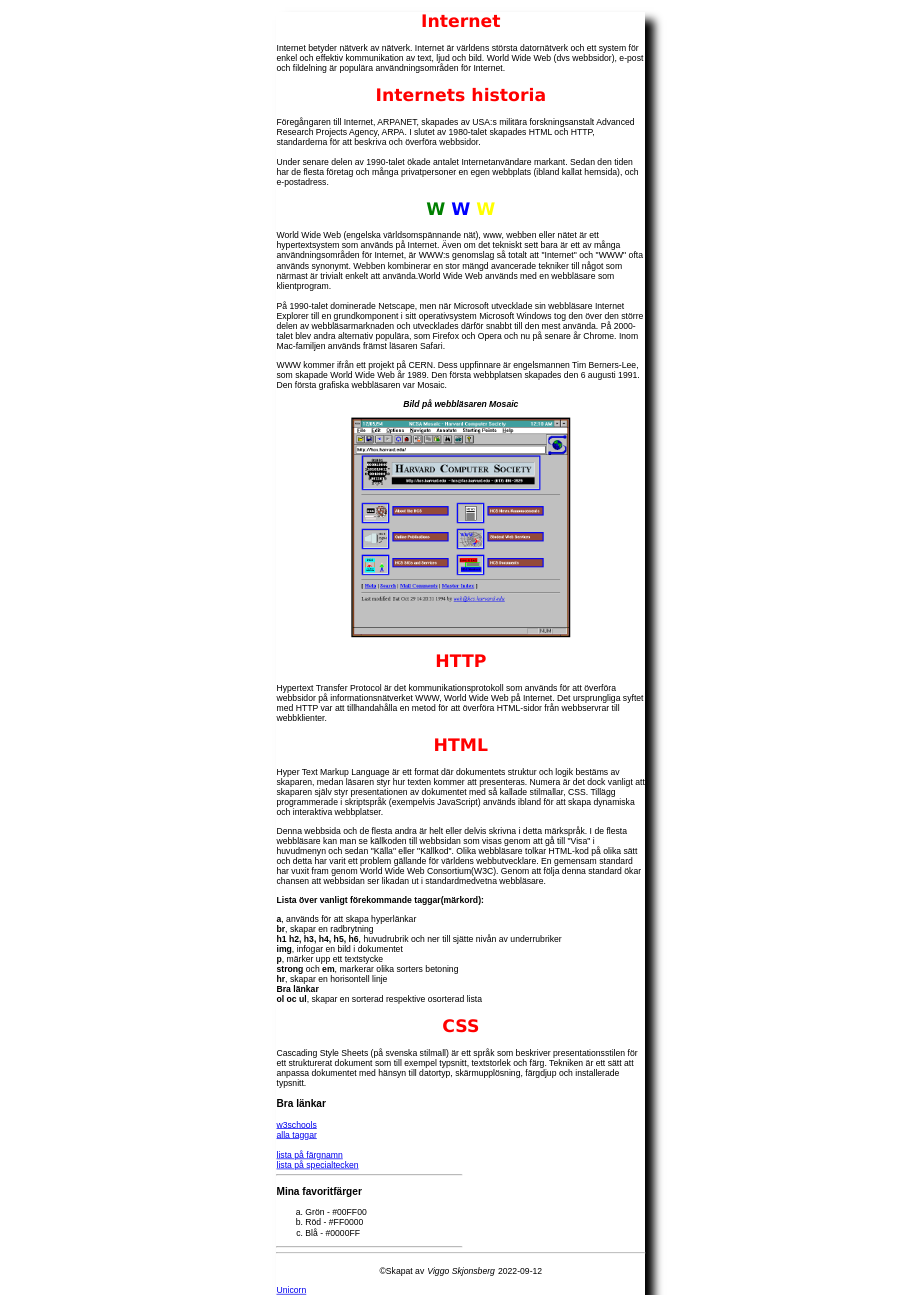
Repository: ViggoSkj/VGY
Page: ovningar/ovning2/ovning2.html
The author's editor kept a copy of each file at every save. The page is drawn from the files as they stood at one save, then again after the next save.
The browser window is 1280 px wide. The pictures show the whole page, at 72% of full size.

Above is the page before, as saved 2022-11-27 11:33:11.

### ovningar/ovning2/ovning2.html
<!DOCTYPE html>
<html lang="en">
    <head>
        <meta charset="UTF-8">
        <meta http-equiv="X-UA-Compatible" content="IE=edge">
        <meta name="viewport" content="width=device-width, initial-scale=1.0">
        <title>Övning 3</title>


        <link rel="stylesheet" href="public/css/style.css">
    </head>
    <body class="ovning-2">
        <div class="container">
            <h1>Internet</h1>
            <p>Internet betyder nätverk av nätverk. Internet är världens största datornätverk och ett system för enkel och effektiv kommunikation av text, ljud och bild. World Wide Web (dvs webbsidor), e-post och fildelning är populära användningsområden för Internet.</p>

            <h1>Internets historia</h1>
            <p>Föregångaren till Internet, ARPANET, skapades av USA:s militära forskningsanstalt Advanced Research Projects Agency, ARPA. I slutet av 1980-talet skapades HTML och HTTP, standarderna för att beskriva och överföra webbsidor.

                <br/>
                <br/>
                Under senare delen av 1990-talet ökade antalet Internetanvändare markant. Sedan den tiden har de flesta företag och många privatpersoner en egen webbplats (ibland kallat hemsida), och e-postadress.</p>
            <p></p>

            <h1><span class="green">W</span> <span class="blue">W</span> <span class="yellow">W</span></h1>
            <p>World Wide Web (engelska världsomspännande nät), www, webben eller nätet är ett hypertextsystem som används på Internet.
                Även om det tekniskt sett bara är ett av många användningsområden för Internet, är WWW:s genomslag så totalt att "Internet" och "WWW" ofta används synonymt. Webben kombinerar en stor mängd avancerade tekniker till något som närmast är trivialt enkelt att använda.World Wide Web används med en webbläsare som klientprogram.
                <br/>
                <br/>
                På 1990-talet dominerade Netscape, men när Microsoft utvecklade sin webbläsare Internet Explorer till en grundkomponent i sitt operativsystem Microsoft Windows tog den över den större delen av webbläsarmarknaden och utvecklades därför snabbt till den mest använda. På 2000-talet blev andra alternativ populära, som Firefox och Opera och nu på senare år Chrome.
                Inom Mac-familjen används främst läsaren Safari.</p>

            <p>WWW kommer ifrån ett projekt på CERN. Dess uppfinnare är engelsmannen Tim Berners-Lee, som skapade World Wide Web år 1989. Den första webbplatsen skapades den 6 augusti 1991. Den första grafiska webbläsaren var Mosaic.</p>

            <div class="image-div">
                <p><em><strong>Bild på webbläsaren Mosaic</strong></em></p>
                <img src="public/images/browser1.gif" alt="Bild på webbläsaren Mosaic" width="300">
            </div>

            <h1>HTTP</h1>
            <p>Hypertext Transfer Protocol är det kommunikationsprotokoll som används för att överföra webbsidor på
                informationsnätverket WWW, World Wide Web på Internet. Det ursprungliga syftet med HTTP var att tillhandahålla
                en metod för att överföra HTML-sidor från webbservrar till webbklienter.</p>

            <h1>HTML</h1>
            <p>Hyper Text Markup Language är ett format där dokumentets struktur och logik bestäms av skaparen, medan läsaren styr hur texten kommer att presenteras. Numera är det dock vanligt att skaparen själv styr presentationen av dokumentet med så kallade stilmallar, CSS. Tillägg programmerade i skriptspråk (exempelvis JavaScript) används ibland för att skapa dynamiska och interaktiva webbplatser.</p>
            Denna webbsida och de flesta andra är helt eller delvis skrivna i detta märkspråk. I de flesta webbläsare kan man se källkoden till webbsidan som visas genom att gå till "Visa" i huvudmenyn och sedan "Källa" eller "Källkod". Olika webbläsare tolkar HTML-kod på olika sätt och detta har varit ett problem gällande för världens webbutvecklare. En gemensam standard har vuxit fram genom World Wide Web Consortium(W3C). Genom att följa denna standard ökar chansen att webbsidan ser likadan ut i standardmedvetna webbläsare.</p>
            <p><strong>Lista över vanligt förekommande taggar(märkord):</strong></p>
            <strong>a</strong>, används för att skapa hyperlänkar<br/>
            <strong>br</strong>, skapar en radbrytning<br/>
            <strong>h1 h2, h3, h4, h5, h6</strong>, huvudrubrik och ner till sjätte nivån av underrubriker<br/>
            <strong>img</strong>, infogar en bild i dokumentet<br/>
            <strong>p</strong>, märker upp ett textstycke<br/>
            <strong>strong</strong> och <strong>em</strong>, markerar olika sorters betoning<br/>
            <strong>hr</strong>, skapar en horisontell linje<br/>
            <strong>Bra länkar</strong><br/>
            <strong>ol oc ul</strong>, skapar en sorterad respektive osorterad lista</p>

            <h1>CSS</h1>
            <p>
                Cascading Style Sheets (på svenska stilmall) är ett språk som beskriver presentationsstilen för ett
                strukturerat dokument som till exempel typsnitt, textstorlek och färg. Tekniken är ett sätt att anpassa
                dokumentet med hänsyn till datortyp, skärmupplösning, färgdjup och installerade typsnitt.
            </p>


            <h3>Bra länkar</h3>
            <a href="http://www.w3schools.com/" target="_blank">w3schools </a>
            <br/>
            <a href="http://www.w3schools.com/tags/default.asp" target="_blank">alla taggar</a>
            <br>
            <br>
            <a href="http://www.w3schools.com/tags/ref_colornames.asp" target="_blank">lista på färgnamn</a>
            <br>
            <a href="http://www.w3schools.com/html/html_entities.asp" target="_blank">lista på specialtecken</a>

            <hr class="s"/>

            <h3>Mina favoritfärger</h3>
            <ol>
                <li>Grön - #00FF00 </li>
                <li>Röd - #FF0000</li>
                <li>Blå - #0000FF</li>
            </ol>

            <hr class="s"/>
            <hr/>

            <div class="bottom">
                <p class="right">&#169Skapat av</p>
                <p class="center"><em> Viggo Skjonsberg</em></p>
                <p class="left">2022-09-12</p>
            </div>
        </div>

        <div id="myfooter">
            <a href="https://validator.w3.org/unicorn/check?ucn_uri=labb.vgy.se/~viggosg/ovningar/ovning2.html&ucn_task=conformance">Unicorn</a>
         </div>
    </body>
</html>

### ovningar/ovning2/public/css/style.css
body.ovning-2
{
    width: 40%;
    margin: auto;
    font-size: 12px;
    font-family: Arial, Helvetica, sans-serif;
    box-shadow: black 1em 1em 1em;
}

body.ovning-2 h1
{
    font-family: Verdana, Geneva, Tahoma, sans-serif;
    text-align: center;
    color: red;
}

body.ovning-2 .image-div
{
    text-align: center;
    align-items: center;
}

body.ovning-2 img
{
    border-width: 2px;
    border-style: solid;
    color: black;
}

body.ovning-2 .bottom
{
    display: grid;
    grid-template-columns: auto 20%  auto;
}

body.ovning-2 .s
{
    margin-right: 100%;
    width: 50%;
}

body.ovning-2 .left
{
    text-align: left;
}
body.ovning-2 .right
{
    text-align: right;
}
body.ovning-2 .center
{
    text-align: center;
}
body.ovning-2 ol
{
    list-style-type:lower-latin;
}
body.ovning-2 .yellow
{
    color: yellow;
}
body.ovning-2 .green
{
    color: green;
}
body.ovning-2 .blue
{
    color: blue;
}

After the next save:
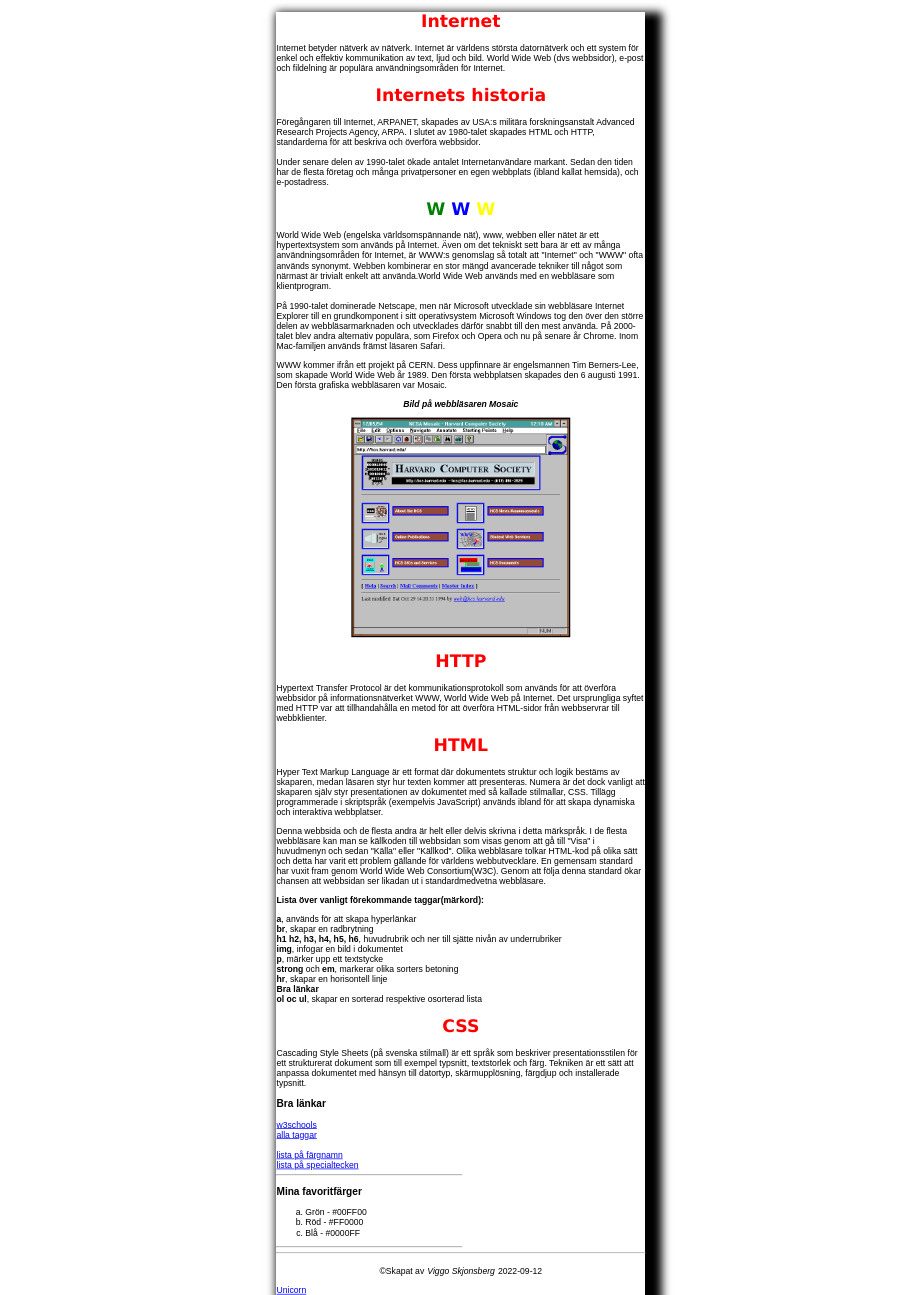
Saved 6 s later.
--- a/ovningar/ovning2/public/css/style.css
+++ b/ovningar/ovning2/public/css/style.css
@@ -4,7 +4,7 @@ body.ovning-2
     margin: auto;
     font-size: 12px;
     font-family: Arial, Helvetica, sans-serif;
-    box-shadow: black 1em 1em 1em;
+    box-shadow: black 1em 1em 1em 1em;
 }
 
 body.ovning-2 h1
